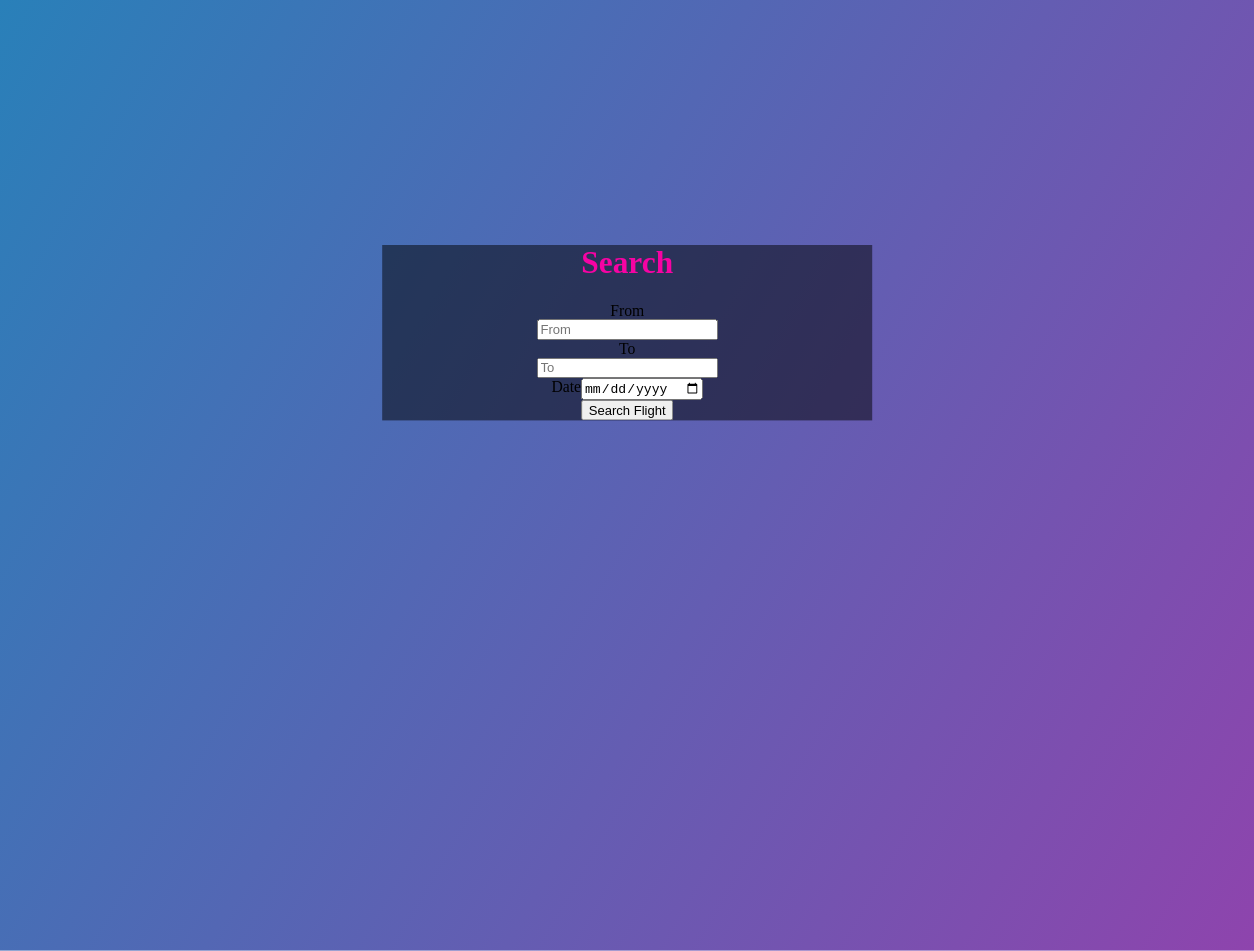
Repository: kalpesh3070/backend2
Page: flyaway/src/main/webapp/Home.html
An editor plug-in stored every save of this project. The page is shown before and after the next save, followed by the edit.
The browser window is 1280 px wide. The pictures show the whole page, at 98% of full size.

Above is the page before, as saved 2022-11-13 18:47:57.

After the next save:
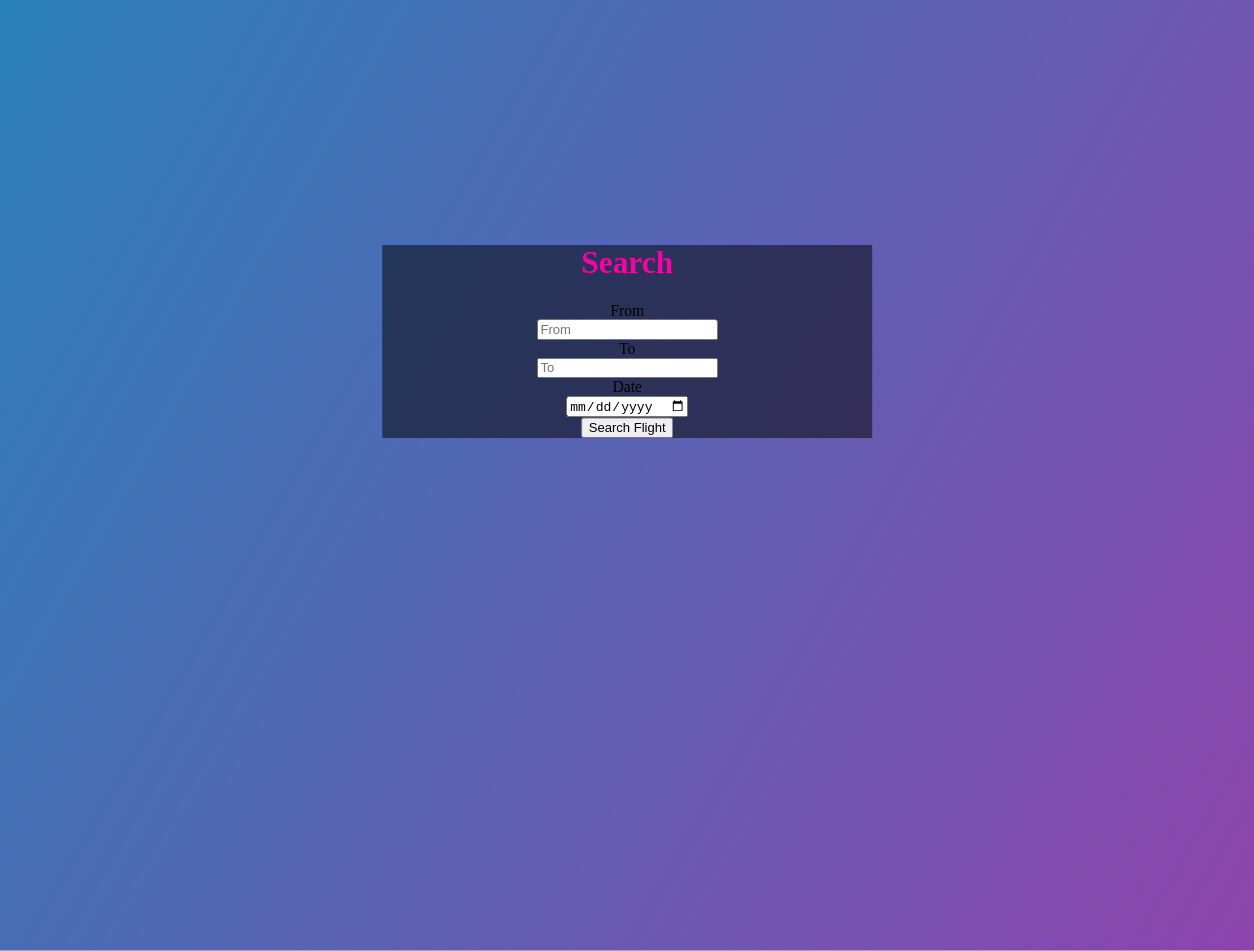
Saved 2 min 2 s later.
--- a/flyaway/src/main/webapp/Home.html
+++ b/flyaway/src/main/webapp/Home.html
@@ -25,12 +25,13 @@
 </div>
 
 <div class="date">
-Date<input type="date" name="date"><br>
+<lable>Date</lable><input type="date" name="date"><br>
 </div>
 
 <div class="submit">
 <input type="submit" value="Search Flight">
 </div>
+
 </div>
 </div>
 </form>
